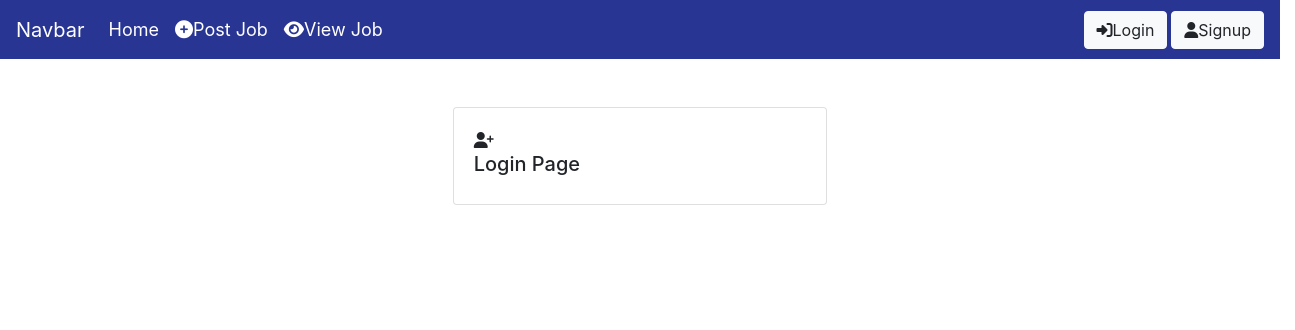
Repository: Pankaj08072001/Adv_Java
Page: http://localhost/06_Job_portal_Project/login.jsp
An editor plug-in stored every save of this project. The page is shown before and after the next save, followed by the edit.
The browser window is 1280 px wide. The page is 1295 px wide, so the pictures cover 1295 px, including what lies to the right of the window. The pictures show the whole page.
Some web libraries are served in a nearby version. The page is served by Tomcat 9. Other server files are loaded and not shown.

Above is the page before, as saved 2025-03-13 19:36:33.

### 06_Job_portal_Project/src/main/webapp/login.jsp
<%@ page language="java" contentType="text/html; charset=UTF-8"
	pageEncoding="UTF-8"%>
<!DOCTYPE html>
<html>
<head>
<meta charset="UTF-8">
<title>Login Page</title>
<%@include file="All_component/All_css.jsp"%>
</head>
<body>
	<%@include file="All_component/Navbar.jsp"%>
	<div class="continer-fluid">
		<div class="row p-5">
			<div class="col-md-4 offset-md-4">
				<div class="card">
					<div class="card-body">
						<div class="test-center">
							<i class="fa fa-user-plus fa-2px" aria-hidden="true"></i>
							<h5>Login Page</h5>
						</div>
				<%--  <c:if test= "${not empty succMsg}">
						<h4 class="text-center text-danger"> ${succMsg }</h4>
						</c:if>
						--%>

					</div>
				</div>
			</div>
		</div>

	</div>
</body>
</html>

### 06_Job_portal_Project/src/main/webapp/All_component/All_css.jsp
<link rel="stylesheet"
	href="https://cdn.jsdelivr.net/npm/bootstrap@4.0.0/dist/css/bootstrap.min.css"
	integrity="sha384-Gn5384xqQ1aoWXA+058RXPxPg6fy4IWvTNh0E263XmFcJlSAwiGgFAW/dAiS6JXm"
	crossorigin="anonymous">


<script src="https://code.jquery.com/jquery-3.2.1.slim.min.js"
	integrity="sha384-KJ3o2DKtIkvYIK3UENzmM7KCkRr/rE9/Qpg6aAZGJwFDMVNA/GpGFF93hXpG5KkN"
	crossorigin="anonymous"></script>
<script
	src="https://cdn.jsdelivr.net/npm/popper.js@1.12.9/dist/umd/popper.min.js"
	integrity="sha384-ApNbgh9B+Y1QKtv3Rn7W3mgPxhU9K/ScQsAP7hUibX39j7fakFPskvXusvfa0b4Q"
	crossorigin="anonymous"></script>
<script
	src="https://cdn.jsdelivr.net/npm/bootstrap@4.0.0/dist/js/bootstrap.min.js"
	integrity="sha384-JZR6Spejh4U02d8jOt6vLEHfe/JQGiRRSQQxSfFWpi1MquVdAyjUar5+76PVCmYl"
	crossorigin="anonymous"></script>

<link rel="stylesheet"
	href="https://cdnjs.cloudflare.com/ajax/libs/font-awesome/6.7.2/css/all.min.css"
	integrity="sha512-Evv84Mr4kqVGRNSgIGL/F/aIDqQb7xQ2vcrdIwxfjThSH8CSR7PBEakCr51Ck+w+/U6swU2Im1vVX0SVk9ABhg=="
	crossorigin="anonymous" referrerpolicy="no-referrer" />

	<link rel="Stylesheet" href ="All_component/Style.css" >

### 06_Job_portal_Project/src/main/webapp/All_component/Navbar.jsp
<nav class="navbar navbar-expand-lg navbar-dark bg-custom">
	<a class="navbar-brand" href="#">Navbar</a>
	<button class="navbar-toggler" type="button" data-toggle="collapse"
		data-target="#navbarSupportedContent"
		aria-controls="navbarSupportedContent" aria-expanded="false"
		aria-label="Toggle navigation">
		<span class="navbar-toggler-icon"></span>
	</button>

	<div class="collapse navbar-collapse" id="navbarSupportedContent">
		<ul class="navbar-nav mr-auto">
			<li class="nav-item active"><a class="nav-link" href="#">Home
					<span class="sr-only">(current)</span>
			</a></li>
			<li class="nav-item"><a class="nav-link" href="#"><i class="fas fa-plus-circle"></i>Post Job</a></li>
			<li class="nav-item"><a class="nav-link" href="#"><i class="fas fa-eye"></i>View Job</a></li>

		</ul>
		<form class="form-inline my-2 my-lg-0">
			<a href="login.jsp" class="btn btn-light mr-1"> <i class="fas fa-sign-in-alt"></i>Login</a>
			<a href ="#" class="btn btn-light"><i class="fas fa-user"></i>Signup</a>
		</form>
	</div>
</nav>

### 06_Job_portal_Project/src/main/webapp/All_component/Style.css
.bg-custom{
	background : #283593 !important;

}
.navbar .nav-item .nav-link{
	font-size: 18px;
	color : white;
}
.navbar .nav-item:hover .nav-link{
	background : white ;
	color : black;
	border-radius: 10px;
}

After the next save:
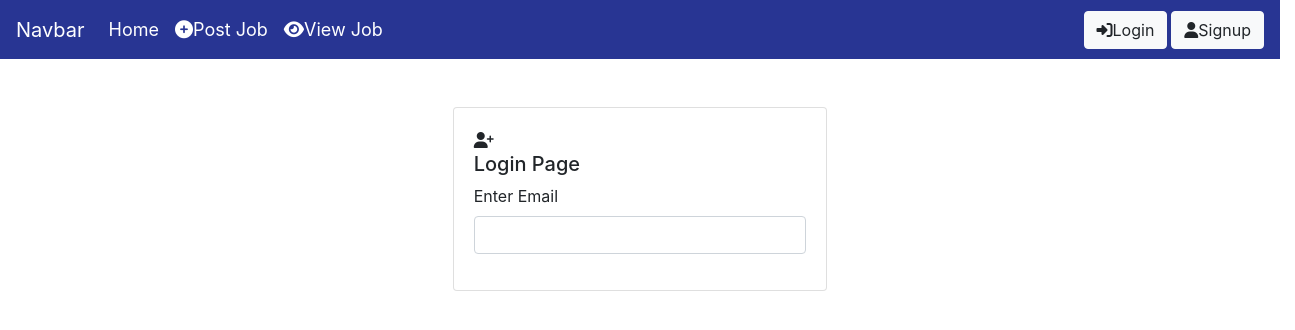
Saved 5 min 8 s later.
--- a/06_Job_portal_Project/src/main/webapp/login.jsp
+++ b/06_Job_portal_Project/src/main/webapp/login.jsp
@@ -18,10 +18,20 @@
 							<i class="fa fa-user-plus fa-2px" aria-hidden="true"></i>
 							<h5>Login Page</h5>
 						</div>
-				<%--  <c:if test= "${not empty succMsg}">
+						<%--  <c:if test= "${not empty succMsg}">
 						<h4 class="text-center text-danger"> ${succMsg }</h4>
 						</c:if>
 						--%>
+
+						<form action="Login" method="post">
+							<div class="form-group">
+								<label>Enter Email</label><input type="email"
+									required="required" class="form-control"
+									id="exampleInputEmail1" aria-describedby="emailHelp" name="em">
+
+							</div>
+
+						</form>
 
 					</div>
 				</div>
